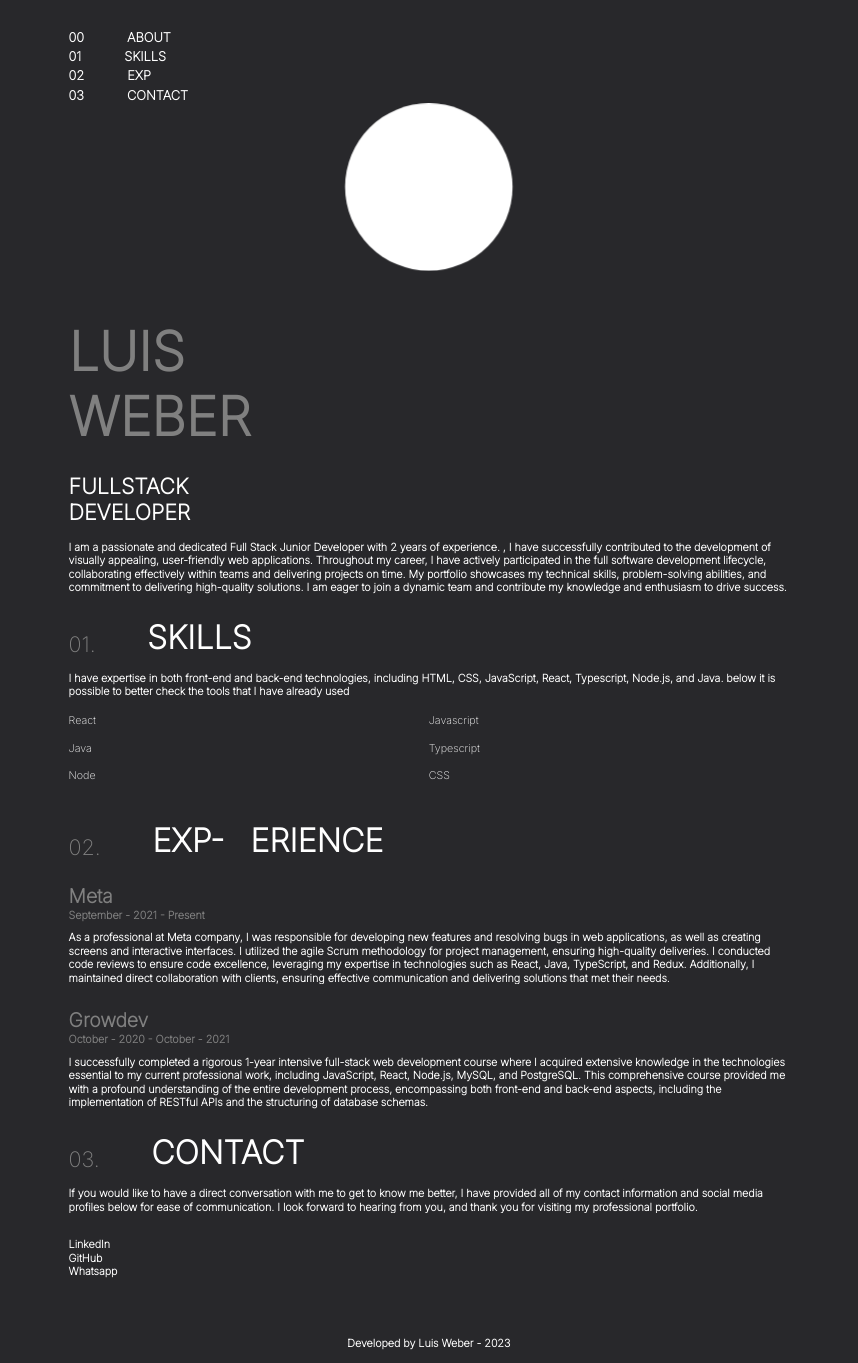
Repository: luiswh1/Portfolio
Page: /
An editor plug-in stored every save of this project. The page is shown before and after the next save, followed by the edit.
The browser window is 1280 px wide. The pictures show the whole page, at 67% of full size.
The project was rebuilt for these pictures with package versions that can differ from the ones it lists, and the page was loaded fresh each time.

Above is the page before, as saved 2023-06-01 19:41:01.

After the next save:
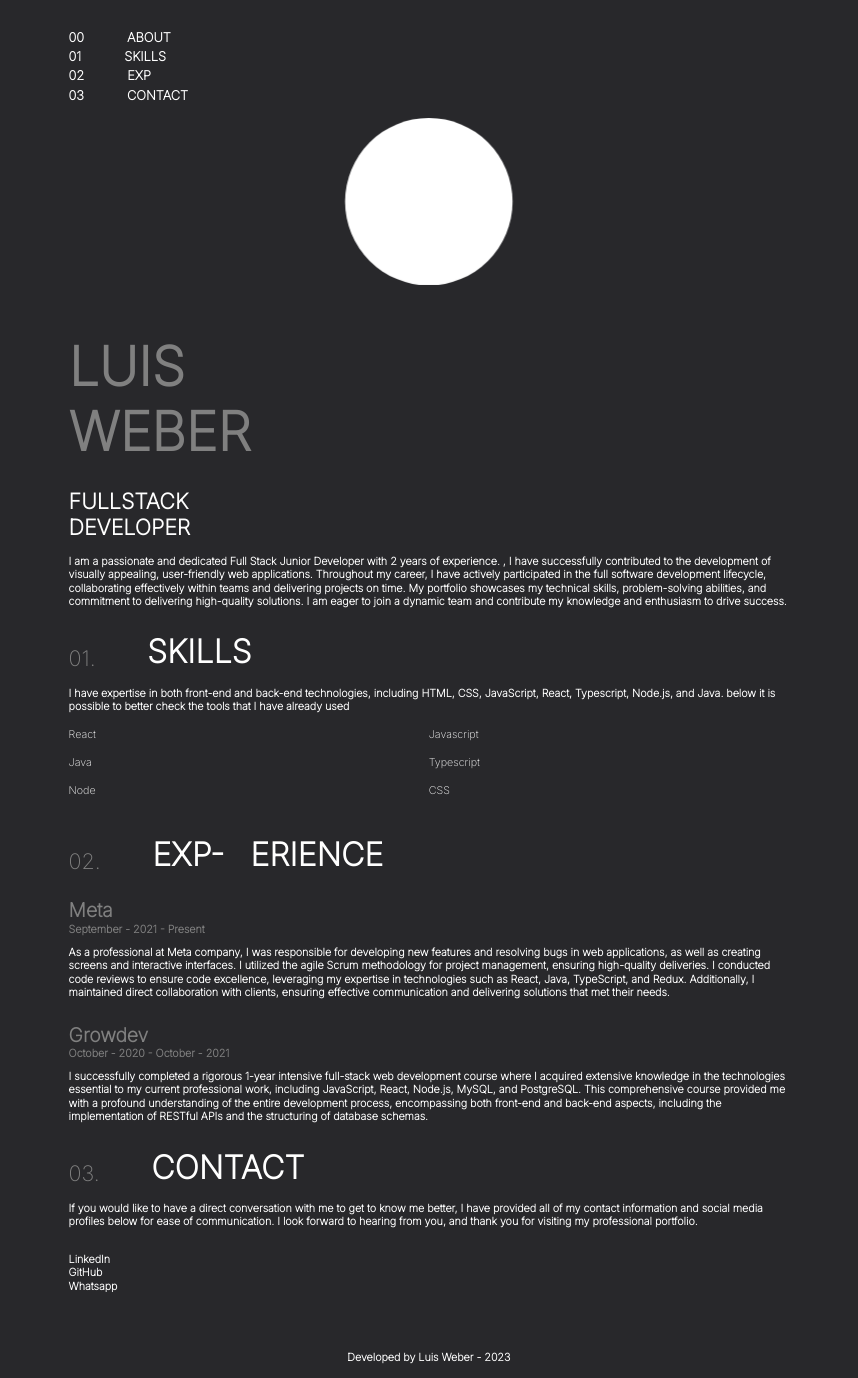
Saved 33 s later.
--- a/src/Pages/Home.tsx
+++ b/src/Pages/Home.tsx
@@ -28,7 +28,7 @@ const Home = () => {
       <InnerContainer>
         <Fade direction="down" triggerOnce>
           <IndexList />
-        <div style={{width: '250px', height: '250px', backgroundColor: 'white', borderRadius: '50%', margin: 'auto'}}></div>
+        <div style={{width: '250px', height: '250px', backgroundColor: 'white', borderRadius: '50%', margin: 'auto', marginTop: '3vh'}}></div>
           <NameSection>
             <StyledName>
               LUIS <br />
